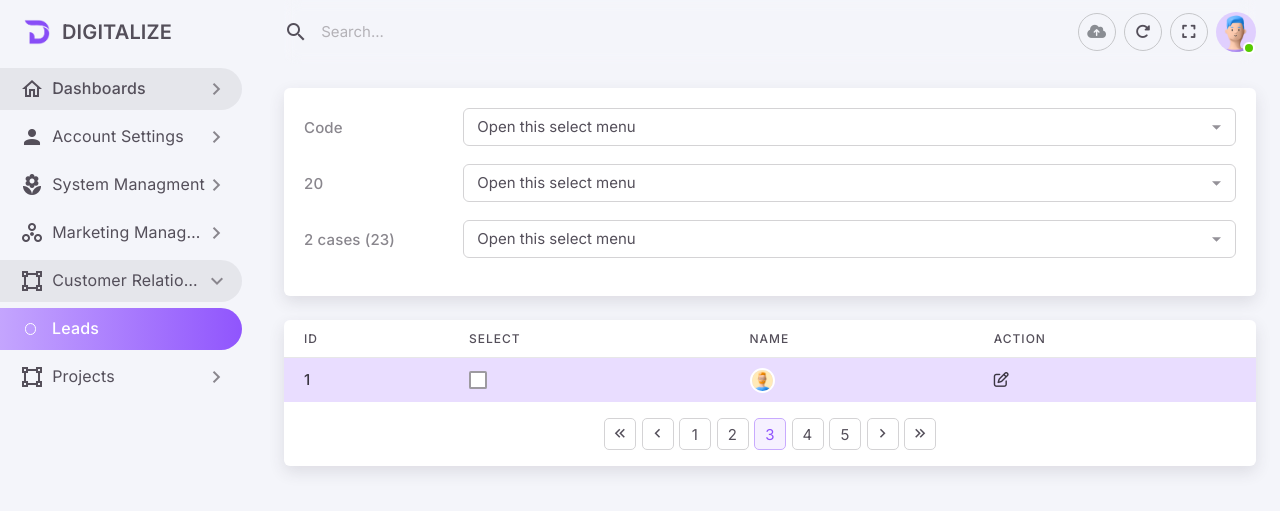
Repository: FadyFathey/sales-crm
Page: html/project-list.html
These files come from the project's save history. The page is drawn as it stood at one moment and after the next save; the edit follows.
The browser window is 1280 px wide. The pictures show the whole page.
Some icons come from a web library that is not loaded, so they are not drawn. Some web libraries are served in a nearby version.

Above is the page before, as saved 2024-10-09 13:47:42.
Console error: ReferenceError: d3 is not defined

After the next save:
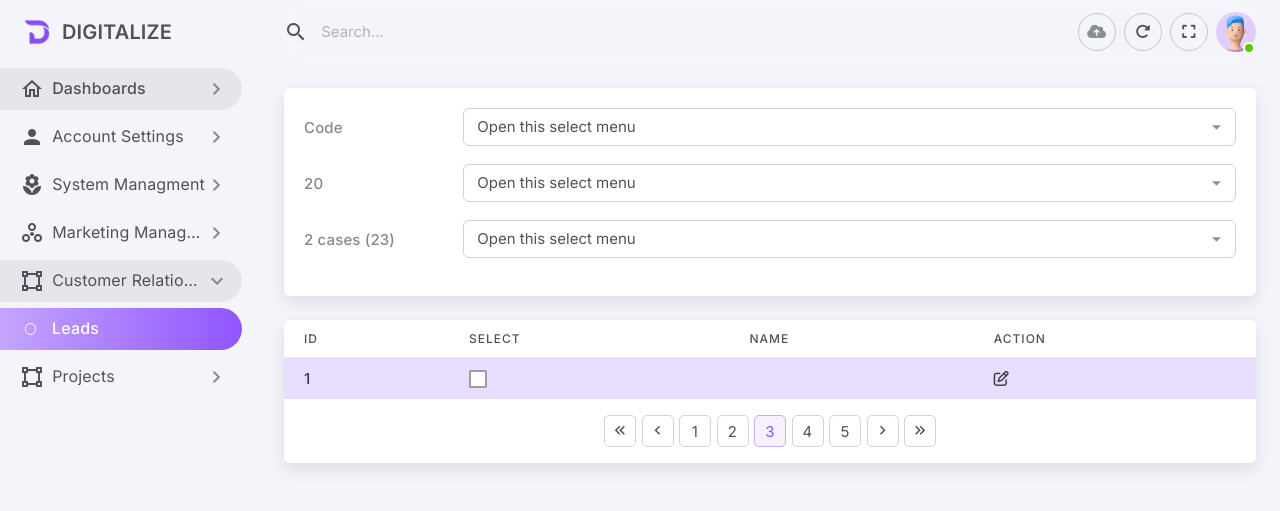
Saved 19 s later.
--- a/html/project-list.html
+++ b/html/project-list.html
@@ -398,15 +398,7 @@
                                             <td><input class="form-check-input" type="checkbox" value=""
                                                     id="defaultCheck1" /></td>
                                             <td>
-                                                <ul
-                                                    class="list-unstyled users-list m-0 avatar-group d-flex align-items-center">
-                                                    <li data-bs-toggle="tooltip" data-popup="tooltip-custom"
-                                                        data-bs-placement="top" class="avatar avatar-xs pull-up"
-                                                        title="Lilian Fuller">
-                                                        <img src="../assets/img/avatars/5.png" alt="Avatar"
-                                                            class="rounded-circle" />
-                                                    </li>
-                                                </ul>
+
                                             </td>
                                             <td>
                                                 <i class="fa-regular fa-pen-to-square"></i>
